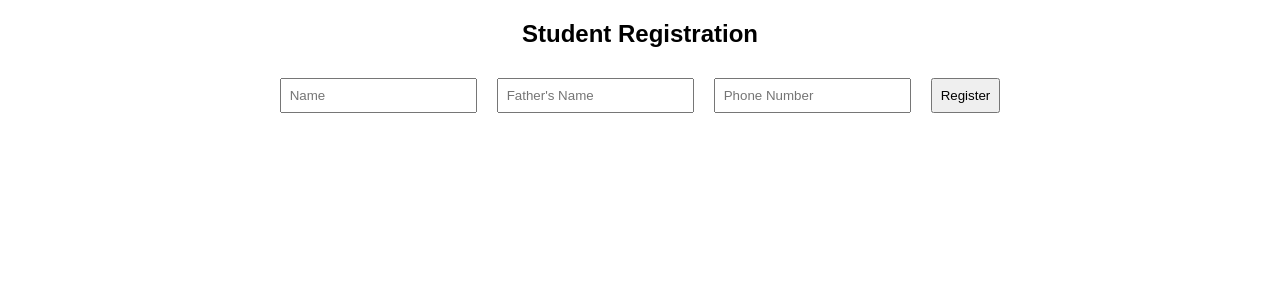
Repository: pripriya09/StudentID-Card-Download
Page: / (app in frontend/)
These files come from the project's save history. The page is drawn as it stood at one moment and after the next save; the edit follows.
The browser window is 1280 px wide. The pictures show the whole page.
The project was rebuilt for these pictures with package versions that can differ from the ones it lists, and the page was loaded fresh each time. Also part of the build but not shown: frontend/vite.config.js.

Above is the page before, as saved 2025-01-07 12:01:08.

After the next save:
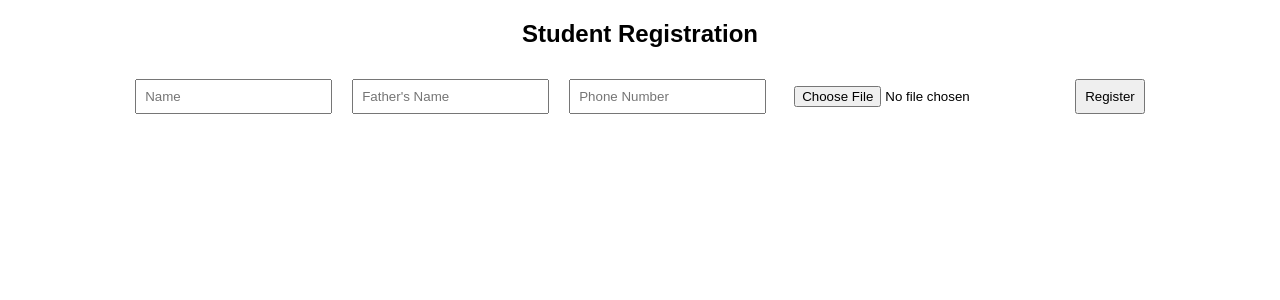
Saved 73 s later.
--- a/frontend/src/Form.jsx
+++ b/frontend/src/Form.jsx
@@ -1,36 +1,47 @@
 import React, { useState } from "react";
 import axios from "axios";
-import "./App.css"
+import "./App.css";
 import jsPDF from "jspdf";
+
 const Form = () => {
   const [formData, setFormData] = useState({
     name: "",
     fatherName: "",
     phoneNumber: "",
+    image: null, // Added image field
   });
   const [registrationNumber, setRegistrationNumber] = useState("");
   const [studentData, setStudentData] = useState(null);
-
 
   const handleSubmit = async (e) => {
     e.preventDefault();
 
     try {
+      const formDataToSend = new FormData();
+      formDataToSend.append("name", formData.name);
+      formDataToSend.append("fatherName", formData.fatherName);
+      formDataToSend.append("phoneNumber", formData.phoneNumber);
+      if (formData.image) {
+        formDataToSend.append("image", formData.image);
+      }
 
-      const response = await axios.post("http://localhost:6009/api/students", formData);
+      const response = await axios.post("http://localhost:6009/api/students", formDataToSend, {
+        headers: {
+          "Content-Type": "multipart/form-data",
+        },
+      });
       const result = response.data;
-
 
       setStudentData({
         ...formData,
         registrationNumber: result.registrationNumber,
       });
 
-
       setFormData({
         name: "",
         fatherName: "",
         phoneNumber: "",
+        image: null,
       });
     } catch (error) {
       console.error("Error sending data:", error);
@@ -38,56 +49,19 @@ const Form = () => {
   };
 
   const handleChange = (e) => {
-    setFormData({ ...formData, [e.target.name]: e.target.value });
+    if (e.target.name === "image") {
+      setFormData({ ...formData, image: e.target.files[0] });
+    } else {
+      setFormData({ ...formData, [e.target.name]: e.target.value });
+    }
   };
-
-
-//   const handleSearch = async (e) => {
-//     e.preventDefault();
-
-//     try {
-//       const response = await axios.get(`http://localhost:6009/api/students/${registrationNumber}`);
-//       const result = response.data;
-
-
-//       if (result) {
-//         setStudentData(result);
-//       } else {
-//         alert("Student not found!");
-//       }
-
-//       setRegistrationNumber("");
-//     } catch (error) {
-//       console.error("Error fetching data:", error);
-//     }
-//   };
-
-//  const handleDownload = () => {
-//     if (studentData) {
-//       const fileData = JSON.stringify(studentData, null, 2);
-//       const blob = new Blob([fileData], { type: "application/json" });
-//       const link = document.createElement("a");
-//       link.href = URL.createObjectURL(blob);
-//       link.download = `${studentData.registrationNumber}_ID_Card.json`; // Filename based on registration number
-//       link.click();
-
-//       setFormData({
-//         name: "",
-//         fatherName: "",
-//         phoneNumber: "",
-//       });
-//       setStudentData(null);
-//     }
-//   };
 
   const handleDownloadtext = () => {
     if (studentData) {
-
-      const fileData = `
-        Name: ${studentData.name}
-        Father's Name: ${studentData.fatherName}
-        Phone Number: ${studentData.phoneNumber}
-        Registration Number: ${studentData.registrationNumber}`;
+      const fileData = `Name: ${studentData.name}
+Father's Name: ${studentData.fatherName}
+Phone Number: ${studentData.phoneNumber}
+Registration Number: ${studentData.registrationNumber}`;
       const blob = new Blob([fileData], { type: "text/plain" });
 
       const link = document.createElement("a");
@@ -99,11 +73,11 @@ const Form = () => {
         name: "",
         fatherName: "",
         phoneNumber: "",
+        image: null,
       });
       setStudentData(null);
     }
   };
-
 
   function handleDownloadPDF() {
     if (studentData) {
@@ -151,22 +125,16 @@ const Form = () => {
           onChange={handleChange}
           required
         />
+        {/* Image input */}
+        <input
+          type="file"
+          name="image"
+          accept="image/*"
+          onChange={handleChange}
+        />
         <button type="submit">Register</button>
       </form>
 
-
-      {/* <h2>Search by Registration Number</h2>
-      <form onSubmit={handleSearch}>
-        <input
-          type="text"
-          placeholder="Enter Registration Number"
-          value={registrationNumber}
-          onChange={(e) => setRegistrationNumber(e.target.value)}
-          required
-        />
-        <button type="submit">Search</button>
-      </form> */}
-{/* --------------------------------------------------display data -->> */}
       {studentData && (
         <div className="id-card">
           <h3>ID Card</h3>
@@ -174,9 +142,17 @@ const Form = () => {
           <p>Father's Name: {studentData.fatherName}</p>
           <p>Phone Number: {studentData.phoneNumber}</p>
           <p>Registration Number: {studentData.registrationNumber}</p>
-          {/* <button onClick={handleDownload}>Download ID Card</button> */}
-           <button onClick={handleDownloadtext}>Download Card In txtfile</button>
-           <button onClick={handleDownloadPDF}>Download Card In PDF</button>
+          {studentData.image && (
+            <div>
+              <img
+                src={URL.createObjectURL(studentData.image)}
+                alt="Uploaded"
+                style={{ width: "100px", height: "100px" }}
+              />
+            </div>
+          )}
+          <button onClick={handleDownloadtext}>Download Card In txtfile</button>
+          <button onClick={handleDownloadPDF}>Download Card In PDF</button>
         </div>
       )}
     </div>
